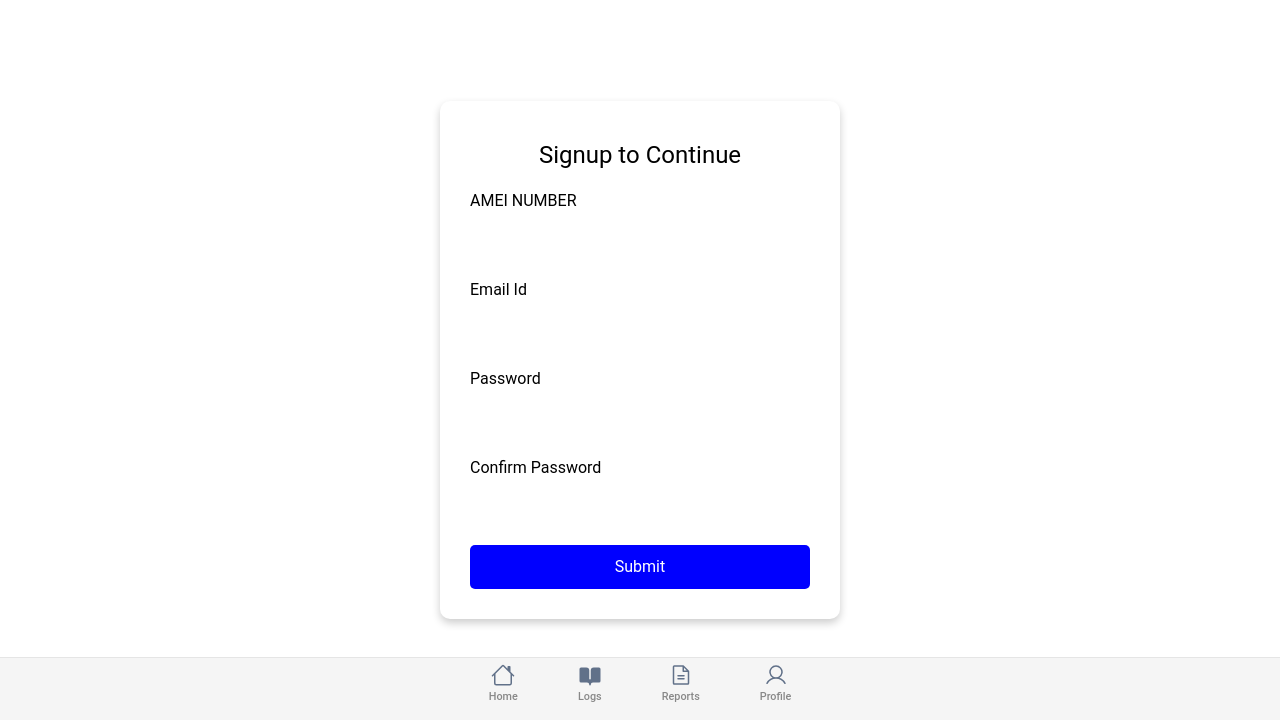
Repository: shash0708/GMR-Lines
Page: /signup (app in frontend/)
The author's editor kept a copy of each file at every save. The page is drawn from the files as they stood at one save, then again after the next save.
The browser window is 1280 px wide. The pictures show the whole page.
The page's requests for data from a server got no answer. Some web libraries are served in a nearby version. The project was rebuilt for these pictures with package versions that can differ from the ones it lists, and the page was loaded fresh each time. No one was signed in, and anything a server would have sent is missing. Also part of the build but not shown: frontend/src/components/Home/Car.css, frontend/src/components/Home/Car.jsx, frontend/src/components/Home/Home.css, frontend/src/components/Home/Home.component.jsx, frontend/src/components/Form/Form.component.jsx, frontend/src/components/Profile/Profile.jsx, frontend/src/components/Card/Card.jsx, frontend/src/components/Card/Card.css and 10 more.

Above is the page before, as saved 2024-10-20 14:33:28.

### frontend/public/index.html
<!DOCTYPE html>
<html lang="en">
  <head>
    <meta charset="utf-8" />
    <link rel="icon" href="%PUBLIC_URL%/favicon.ico" />
    <meta name="viewport" content="width=device-width, initial-scale=1" />
    <meta name="theme-color" content="#000000" />
    <meta name="description" content="Web site created using create-react-app" />
    <link rel="apple-touch-icon" href="%PUBLIC_URL%/logo192.png" />
    <!--
      manifest.json provides metadata used when your web app is installed on a
      user's mobile device or desktop. See https://developers.google.com/web/fundamentals/web-app-manifest/
    -->
    <link rel="manifest" href="%PUBLIC_URL%/manifest.json" />
    <!--
      Notice the use of %PUBLIC_URL% in the tags above.
      It will be replaced with the URL of the `public` folder during the build.
      Only files inside the `public` folder can be referenced from the HTML.

      Unlike "/favicon.ico" or "favicon.ico", "%PUBLIC_URL%/favicon.ico" will
      work correctly both with client-side routing and a non-root public URL.
      Learn how to configure a non-root public URL by running `npm run build`.
    -->
    <link href="https://cdn.jsdelivr.net/npm/bootstrap@5.3.3/dist/css/bootstrap.min.css" rel="stylesheet" integrity="sha384-QWTKZyjpPEjISv5WaRU9OFeRpok6YctnYmDr5pNlyT2bRjXh0JMhjY6hW+ALEwIH" crossorigin="anonymous">
    <link rel="stylesheet" href="https://cdnjs.cloudflare.com/ajax/libs/font-awesome/6.0.0-beta3/css/all.min.css">

    <title>Log Book</title>
  </head>
  <script src="https://cdn.jsdelivr.net/npm/bootstrap@5.3.3/dist/js/bootstrap.bundle.min.js" integrity="sha384-YvpcrYf0tY3lHB60NNkmXc5s9fDVZLESaAA55NDzOxhy9GkcIdslK1eN7N6jIeHz" crossorigin="anonymous"></script>
  <script src="https://cdn.jsdelivr.net/npm/@popperjs/core@2.11.8/dist/umd/popper.min.js" integrity="sha384-I7E8VVD/ismYTF4hNIPjVp/Zjvgyol6VFvRkX/vR+Vc4jQkC+hVqc2pM8ODewa9r" crossorigin="anonymous"></script>
  <script src="https://cdn.jsdelivr.net/npm/bootstrap@5.3.3/dist/js/bootstrap.min.js" integrity="sha384-0pUGZvbkm6XF6gxjEnlmuGrJXVbNuzT9qBBavbLwCsOGabYfZo0T0to5eqruptLy" crossorigin="anonymous"></script>
  <script src="https://cdn.tailwindcss.com?plugins=forms,container-queries"></script>

  <body>
    <noscript>You need to enable JavaScript to run this app.</noscript>
    <div id="root"></div>
    <!--
      This HTML file is a template.
      If you open it directly in the browser, you will see an empty page.

      You can add webfonts, meta tags, or analytics to this file.
      The build step will place the bundled scripts into the <body> tag.

      To begin the development, run `npm start` or `yarn start`.
      To create a production bundle, use `npm run build` or `yarn build`.
    -->
  </body>
</html>

### frontend/src/index.js
import React from 'react';
import ReactDOM from 'react-dom/client';
import './index.css';
import App from './App';
import * as serviceWorkerRegistration from './serviceWorkerRegistration';
import reportWebVitals from './reportWebVitals';
import { ThemeProvider, createTheme } from '@mui/material/styles';

const root = ReactDOM.createRoot(document.getElementById('root'));
const theme = createTheme({
  palette: {
    primary: {
      main: '#1976d2',
    },
    secondary: {
      main: '#dc004e',
    },
  },
});
root.render(
  <React.StrictMode>
      <ThemeProvider theme={theme}>

    <App />
    </ThemeProvider>
  </React.StrictMode>
);

// If you want your app to work offline and load faster, you can change
// unregister() to register() below. Note this comes with some pitfalls.
// Learn more about service workers: https://cra.link/PWA
serviceWorkerRegistration.unregister();

// If you want to start measuring performance in your app, pass a function
// to log results (for example: reportWebVitals(console.log))
// or send to an analytics endpoint. Learn more: https://bit.ly/CRA-vitals
reportWebVitals();

### frontend/src/App.css
body {
    font-family: 'Roboto', sans-serif;

    background-color: white ;
    background-size: cover;
    min-height: 100vh;

  }

### frontend/src/components/SignUp/Signup.component.jsx
import React, { useState } from 'react';
import { useNavigate } from 'react-router-dom';
import useDocumentTitle from '../hooks/useDocumentTitle';
import URL from '../config'; // Make sure this is the correct path
import styled from 'styled-components';

const Container = styled.div`
  min-height: 100vh; /* Ensure it covers the full height of the viewport */
  display: flex;
  justify-content: center;
  align-items: center;
  color: black; /* Make text white */
  /* background: url('assets/signup-background.jpg') no-repeat center center fixed; */
  background-size: cover;
`;

const FormWrapper = styled.div`
  background-color: white;
  padding: 30px;
  border-radius: 10px;
  box-shadow: 0 4px 8px rgba(0, 0, 0, 0.2);
  width: 100%;
  max-width: 400px;
  text-align: center;
`;

const Title = styled.h1`
  margin-bottom: 20px;
`;

const StyledForm = styled.form`
  .form-control {
    margin-bottom: 15px;
    background: rgba(255, 255, 255, 0.2); /* Light transparent background for input */
    color: black;
    border: none;
    border-radius: 5px;
    padding: 10px;
  }

  .form-control:focus {
    outline: none;
    box-shadow: 0 0 5px #fff;
  }

  label {
    text-align: left;
    display: block;
    color: black;
    margin-bottom: 5px;
  }

  button {
    width: 100%;
    background-color: blue;
    color: white;
    padding: 10px;
    border: none;
    border-radius: 5px;
    cursor: pointer;
    transition: background-color 0.3s ease;

    &:hover {
      background-color: darkblue;
    }
  }
`;

const Alert = styled.div`
  background-color: #ff4c4c;
  color: black;
  padding: 10px;
  border-radius: 5px;
  margin-bottom: 15px;
`;

const Signup = (props) => {
  useDocumentTitle('Sign In'); // Set the document title for this page

  const [credentials, setCredentials] = useState({ AME: "", password: "", cpassword: "" });
  const [error, setError] = useState(null); // State to store error message
  const navigate = useNavigate();

  const handleSubmit = async (e) => {
    e.preventDefault();
    const { AME,Email,password, cpassword } = credentials;

    // Check if passwords match
    if (password !== cpassword) {
      setError("Passwords do not match");
      return;
    }

    try {
      const response = await fetch(`${URL}/api/createuser`, {
        method: 'POST',
        headers: {
          'Content-Type': 'application/json'
        },
        body: JSON.stringify({ AME, password })
      });

      const json = await response.json();
      console.log(json);

      if (json.success) {
        localStorage.setItem('AME', AME);  // Save AMENO
        localStorage.setItem('token', json.authtoken);
        alert("Account Created successfully");
        navigate('/');
      } else {
        setError("Signup failed. Please try again."); // Set error message
      }
    } catch (error) {
      console.error('Error:', error);
      setError('An error occurred. Please try again later.');
    }
  };

  const onChange = (e) => {
    setCredentials({ ...credentials, [e.target.name]: e.target.value });
    setError(null); // Clear error message on input change
  };

  return (
    <Container>
      <FormWrapper>
        <Title>Signup to Continue</Title>
        {error && <Alert role="alert">{error}</Alert>} {/* Error display */}
        <StyledForm onSubmit={handleSubmit}>
          <div className="mb-3">
            <label htmlFor="AME" className="form-label">AMEI NUMBER</label>
            <input
              type="text"
              className="form-control"
              name="AME"
              id="AME"
              value={credentials.AME}
              onChange={onChange}
              required
            />
          </div>
          <div className="mb-3">
            <label htmlFor="AME" className="form-label">Email Id</label>
            <input
              type="text"
              className="form-control"
              name="AME"
              id="AME"
              value={credentials.AME}
              onChange={onChange}
              required
            />
          </div>
          <div className="mb-3">
            <label htmlFor="password" className="form-label">Password</label>
            <input
              type="password"
              className="form-control"
              name="password"
              id="password"
              value={credentials.password}
              onChange={onChange}
              minLength={5}
              required
            />
          </div>
          <div className="mb-3">
            <label htmlFor="cpassword" className="form-label">Confirm Password</label>
            <input
              type="password"
              className="form-control"
              name="cpassword"
              id="cpassword"
              value={credentials.cpassword}
              onChange={onChange}
              minLength={5}
              required
            />
          </div>
          <button type="submit" className="btn btn-primary">Submit</button>
        </StyledForm>
      </FormWrapper>
    </Container>
  );
};

export default Signup;

### frontend/src/context/LogContext.js
// LogsContext.js
import React, { createContext, useState, useEffect } from 'react';
import axios from 'axios';
import URL from '../components/config';
const LogsContext = createContext();

export const LogsProvider = ({ children }) => {
  const [logs, setLogs] = useState([]);
  const [filteredLogs, setFilteredLogs] = useState([]);
  const [searchTerm, setSearchTerm] = useState('');
  const [selectedLogs, setSelectedLogs] = useState([]);

  useEffect(() => {
    const fetchLogs = async () => {
      try {
        const response = await axios.get(`${URL}/getlogs/entries`, {
          headers: {
            'auth-token': localStorage.getItem('token'),
          },
        });

        setLogs(response.data);
        setFilteredLogs(response.data);
      } catch (error) {
        console.error('Error fetching logs:', error);
      }
    };
    fetchLogs();
  }, []);

  useEffect(() => {
    const handleSearch = () => {
      const lowerCaseSearchTerm = searchTerm.toLowerCase();
      const filtered = logs.filter((log) => {
        const logId = String(log.Toa);
        return logId.toLowerCase().includes(lowerCaseSearchTerm);
      });
      setFilteredLogs(filtered);
    };

    handleSearch();
  }, [searchTerm, logs]);

  const handleSelect = (log) => {
    setSelectedLogs((prev) => {
      const isSelected = prev.includes(log);
      if (isSelected) {
        return prev.filter((selectedLog) => selectedLog !== log);
      }

      if (prev.length >= 7) {
        return prev;
      }

      return [...prev, log];
    });
  };

  return (
    <LogsContext.Provider
      value={{
        logs,
        filteredLogs,
        searchTerm,
        setSearchTerm,
        selectedLogs,
        handleSelect,
        setFilteredLogs,
      }}
    >
      {children}
    </LogsContext.Provider>
  );
};

export default LogsContext;

### frontend/src/components/Footer/Footer.component.jsx
import React from 'react';
import { NavLink } from 'react-router-dom';  // Import NavLink from react-router-dom
import './Footer.css';

const Footer = () => {
  return (
    <footer className="footer">
      {/* Navigation Links Section */}
      <div className="nav-container">

        {/* Home Link */}
        <NavLink
          className="nav-link"
          to="/"
          activeClassName="active"
          exact
        >
         <svg xmlns="http://www.w3.org/2000/svg" width="16" height="16" fill="currentColor" class="bi bi-house" viewBox="0 0 16 16">
  <path d="M8.707 1.5a1 1 0 0 0-1.414 0L.646 8.146a.5.5 0 0 0 .708.708L2 8.207V13.5A1.5 1.5 0 0 0 3.5 15h9a1.5 1.5 0 0 0 1.5-1.5V8.207l.646.647a.5.5 0 0 0 .708-.708L13 5.793V2.5a.5.5 0 0 0-.5-.5h-1a.5.5 0 0 0-.5.5v1.293zM13 7.207V13.5a.5.5 0 0 1-.5.5h-9a.5.5 0 0 1-.5-.5V7.207l5-5z"/>
</svg>
          <p>Home</p>
        </NavLink>

        {/* Logs Link */}
        <NavLink
          className="nav-link"
          to="/past-records"
          activeClassName="active"
        >
          <svg xmlns="http://www.w3.org/2000/svg" viewBox="0 0 256 256">
            <path d="M240,64V192a16,16,0,0,1-16,16H160a24,24,0,0,0-24,24,8,8,0,0,1-16,0,24,24,0,0,0-24-24H32a16,16,0,0,1-16-16V64A16,16,0,0,1,32,48H88a32,32,0,0,1,32,32v88a8,8,0,0,0,16,0V80a32,32,0,0,1,32-32h56A16,16,0,0,1,240,64Z" />
          </svg>
          <p>Logs</p>
        </NavLink>

        {/* Reports Link */}
        <NavLink
          className="nav-link"
          to="/reports"
          activeClassName="active"
        >
          <svg xmlns="http://www.w3.org/2000/svg" viewBox="0 0 256 256">
            <path d="M213.66,82.34l-56-56A8,8,0,0,0,152,24H56A16,16,0,0,0,40,40V216a16,16,0,0,0,16,16H200a16,16,0,0,0,16-16V88A8,8,0,0,0,213.66,82.34ZM160,51.31,188.69,80H160ZM200,216H56V40h88V88a8,8,0,0,0,8,8h48V216Zm-32-80a8,8,0,0,1-8,8H96a8,8,0,0,1,0-16h64A8,8,0,0,1,168,136Zm0,32a8,8,0,0,1-8,8H96a8,8,0,0,1,0-16h64A8,8,0,0,1,168,168Z" />
          </svg>
          <p>Reports</p>
        </NavLink>

        {/* Profile Link */}
        <NavLink
          className="nav-link"
          to="/profile"
          activeClassName="active"
        >
          <svg xmlns="http://www.w3.org/2000/svg" viewBox="0 0 256 256">
            <path d="M230.92,212c-15.23-26.33-38.7-45.21-66.09-54.16a72,72,0,1,0-73.66,0C63.78,166.78,40.31,185.66,25.08,212a8,8,0,1,0,13.85,8c18.84-32.56,52.14-52,89.07-52s70.23,19.44,89.07,52a8,8,0,1,0,13.85-8ZM72,96a56,56,0,1,1,56,56A56.06,56.06,0,0,1,72,96Z" />
          </svg>
          <p>Profile</p>
        </NavLink>

      </div>
    </footer>
  );
};

export default Footer;

### frontend/src/components/hooks/useDocumentTitle.js
// src/hooks/useDocumentTitle.js
import { useEffect } from 'react';

const useDocumentTitle = (title) => {
  useEffect(() => {
    document.title = title;
  }, [title]);
};

export default useDocumentTitle;

### frontend/src/components/config.js
// src/config.js
const URL = " http://localhost:5000";

export default URL;

// `${URL}

### frontend/src/components/Profile/Profile.css
.Profile{
    font-family: Arial, sans-serif;
    /* background-color: #ffffff; */
    position: absolute;
    top: 40px;
    left: 10px;
    margin-top:0px;
    font-weight: 200px;

    font-size: 20px;

    color:black;
    height: auto;

}

.settings{
    position: absolute;
    left:310px
}
.babes {
    font-family: Arial, sans-serif;
    /* background-color: #ffffff; */
    margin-top:20px;
    height: auto;
    overflow-y: auto; /* Enable vertical scrolling if content overflows */

    display: flex;
    justify-content: center;
    align-items: center;
  }

  .profile-container {
    background-color: white;
    border-radius: 10px;
    margin-top: 50px;
    /* box-shadow: 0 4px 8px rgba(0, 0, 0, 0.1); */
    width: 100%;
    height:100vh;

    padding: 20px;
  }

  .profile-header {
    text-align: center;
    margin-bottom: 20px;
  }

  .profile-image {
    width: 100px;
    height: 100px;
    display: flex;
    align-items:center;
    justify-content: center;
    position:relative;
    margin-left: 110px;
    border-radius: 50%;
    object-fit: cover;
  }

  h1 {
    font-size: 1.5em;
    margin: 10px 0;
  }

  p {
    color: #888;
    font-size: 0.9em;
  }

  .edit-button {
    background-color: #d1cdcd;
    border: none;
    padding: 10px 20px;
    border-radius: 10px;
    cursor: pointer;
    margin-top: 10px;
    width:100%;
    font-weight: bold;
  }

  .edit-button:hover {
    background-color: #e0e0e0;
  }

  .profile-options {
    /* border-top: 3px solid #ddd; */
    padding-top: 10px;
    height:30vh;
  }

  .profile-option {
    display: flex;
    justify-content: space-between;
    padding: 10px 0;
    border:2px ;
    cursor: pointer;

    border-bottom: 1px solid #ddd;
    align-items: center;
    /* border-bottom: 1px solid #ddd; */
  }

  .profile-option:last-child {
    border-bottom: none;
  }

  .profile-option:hover {
    background-color: #f9f9f9;


  }
  .collapse-content {
    padding: 10px;
    border-left: 2px solid #ddd;
    margin-left: 10px;
    font-size: 0.9em;
    color: #555;
    overflow: auto; /* Allow scrolling if content is too long */
    max-height: 400px; /* Optional: Limit height before scrolling */
    transition: max-height 0.3s ease; /* Smooth transition when collapsing/expanding */
}

  .option-header {
    display: flex;
    justify-content: space-between;
    align-items: center;
    padding: 10px; /* Add some padding for better spacing */

  }
  .option-text {
    margin-right: 10px; /* Adjust this value to control the space */
    flex-grow: 1; /* Make the text take up available space */
  }
  /* Arrow styling */
  .arrow {
    margin-left: auto; /* Push the arrow to the extreme right */

    transition: transform 0.3s ease;
  }

  .arrow.up {
    transform: rotate(180deg); /* Rotate the arrow upside-down */
  }

  .arrow.down {
    transform: rotate(0deg); /* Default state with down arrow */
  }

### frontend/src/components/Footer/Footer.css
/* Footer Styles */
.footer {
    background-color: #f5f5f5;
    color: #111418;
    position: fixed;
    bottom: 0;
    left: 0;
    right: 0;
    width: 100%;
  }

  /* Container for the navigation links */
  .footer .nav-container {
    display: flex;
    justify-content: center;
    gap: 60px;
    border-top: 1px solid #e5e5e5;
    padding-top: 5px;
    padding-bottom: 5px;
    margin-bottom: 10px;
}
  /* Individual navigation links */
  .footer a {
    display: flex;
    flex-direction: column;
    align-items: center;
    gap: 2px;
    color: #617189;
    text-decoration: none;
    font-size: 12px;
    font-weight: 500;
  }

  .footer a.active {
    color: #111418;
  }

  /* Icon size adjustment */
  .footer svg {
    width: 24px;
    height: 24px;
    fill: currentColor;
  }


  /* Style for the footer links */
.nav-link {
    color:black; /* Default color */
  }

  /* Active state styling */
  .nav-link.active {
    color: white;  /* Highlight color when active */
  }

### frontend/tailwind.config.js
/** @type {import('tailwindcss').Config} */
module.exports = {
  content: [
    "./src/**/*.{js,ts,jsx,tsx}",  // Adjust the paths as needed
    "./public/**/*.html",           // Include HTML files if used
  ],
  theme: {
    extend: {
      // Custom theme extensions go here
      colors: {
        primary: '#ff6347',  // Example custom color
      },
      fontFamily: {
        sans: ['Helvetica', 'Arial', 'sans-serif'],
      },
    },
  },
  plugins: [
    // Add any Tailwind CSS plugins here
  ],
};


module.exports ={
  "compilerOptions": {
    "baseUrl": ".",
    "paths": {
      "@/*": ["src/*"]
    }
  }
}

Loaded but not shown: frontend/src/index.css (common file); frontend/src/reportWebVitals.js (common file); frontend/src/serviceWorkerRegistration.js (137 lines, source omitted); frontend/src/App.js (103 lines, source omitted); frontend/src/components/Data/Data.css (no stored copy; drawn as an empty file)

After the next save:
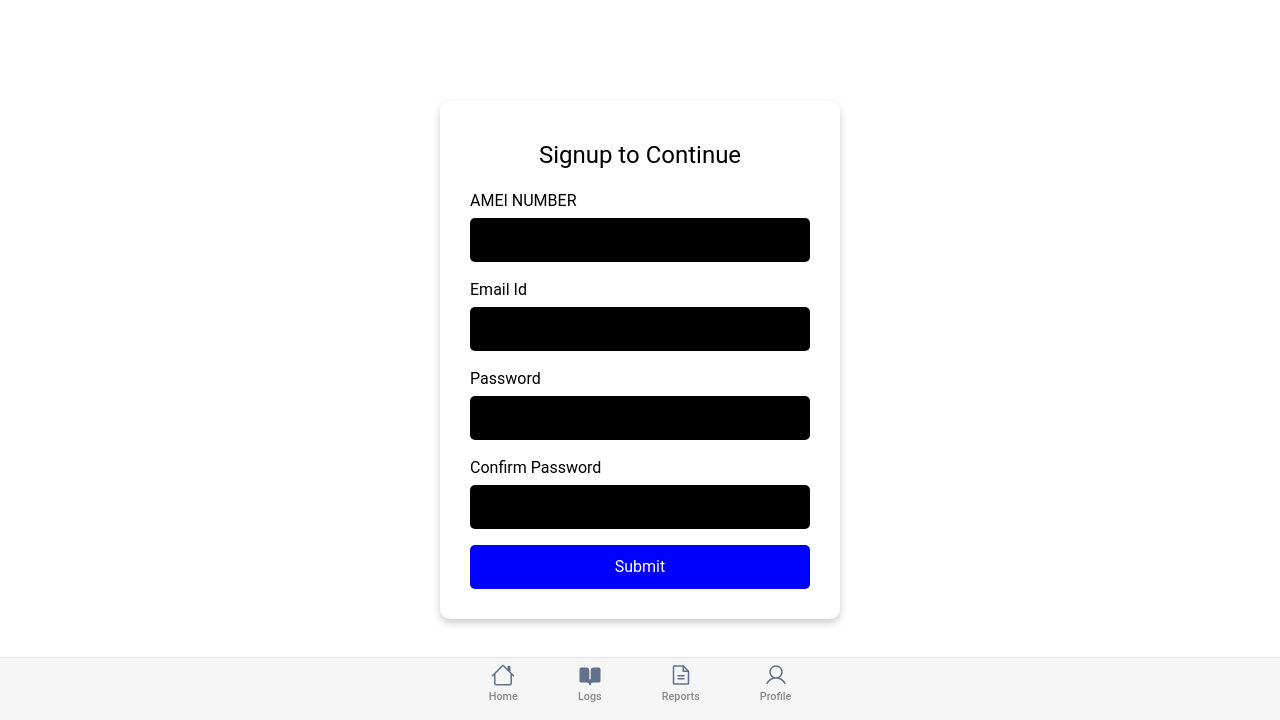
Saved 14 s later.
--- a/frontend/src/components/SignUp/Signup.component.jsx
+++ b/frontend/src/components/SignUp/Signup.component.jsx
@@ -31,7 +31,7 @@
 const StyledForm = styled.form`
   .form-control {
     margin-bottom: 15px;
-    background: rgba(255, 255, 255, 0.2); /* Light transparent background for input */
+    background: black; /* Light transparent background for input */
     color: black;
     border: none;
     border-radius: 5px;

After the save that followed:
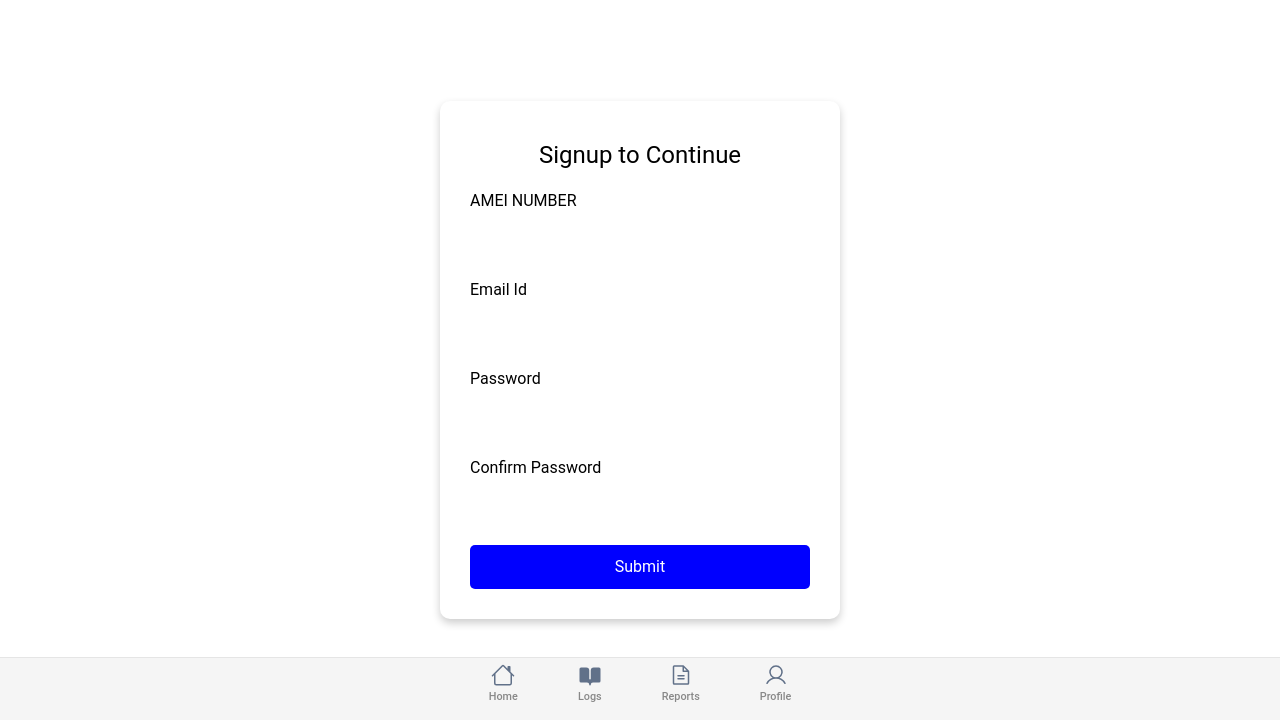
Saved 12 s later.
--- a/frontend/src/components/SignUp/Signup.component.jsx
+++ b/frontend/src/components/SignUp/Signup.component.jsx
@@ -31,7 +31,7 @@
 const StyledForm = styled.form`
   .form-control {
     margin-bottom: 15px;
-    background: black; /* Light transparent background for input */
+    background: ; /* Light transparent background for input */
     color: black;
     border: none;
     border-radius: 5px;
